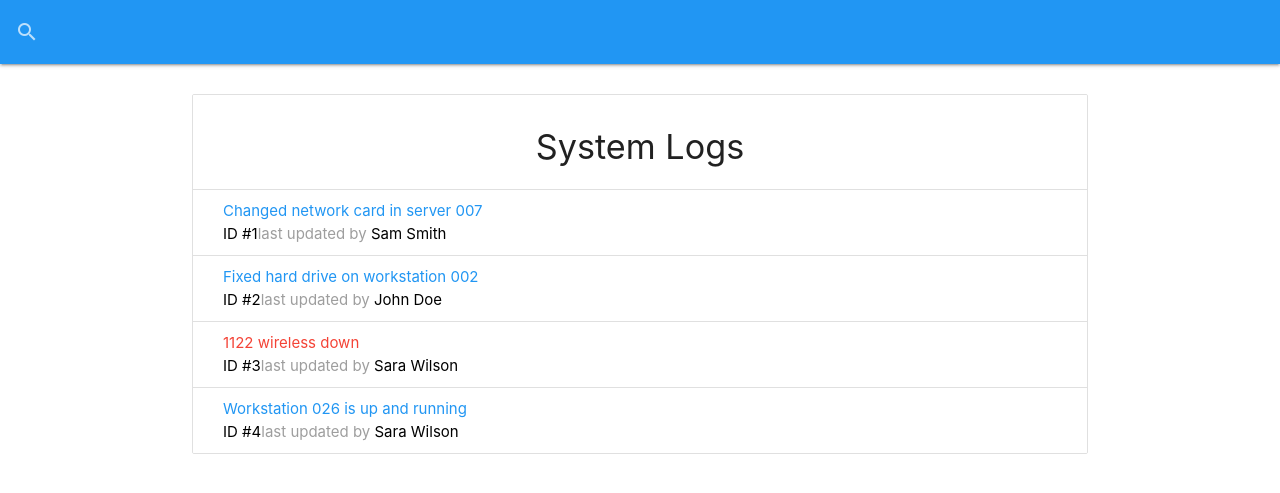
Repository: faraznisar/It-Logger
Page: /
An editor plug-in stored every save of this project. The page is shown before and after the next save, followed by the edit.
The browser window is 1280 px wide. The pictures show the whole page.
The project was rebuilt for these pictures with package versions that can differ from the ones it lists, and the page was loaded fresh each time. Requests to the local data server were answered from the project's data file. Also part of the build but not shown: src/App.css.

Above is the page before, as saved 2020-08-15 15:52:14.

After the next save:
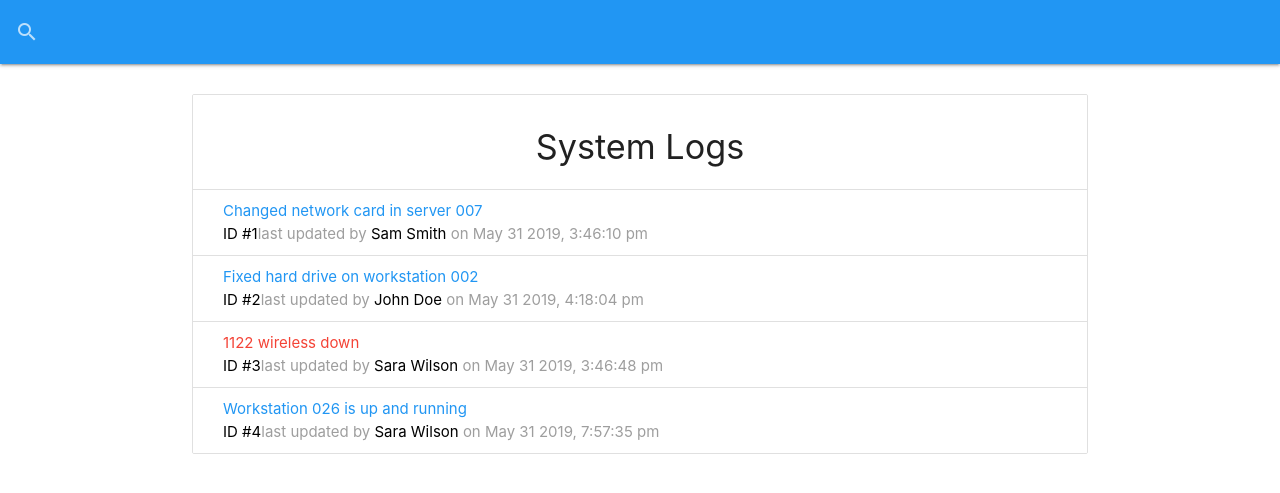
Saved 48 s later.
--- a/src/components/logs/LogItem.js
+++ b/src/components/logs/LogItem.js
@@ -1,6 +1,6 @@
 import React from "react";
 import PropTypes from "prop-types";
-import moment from "react-moment";
+import Moment from "react-moment";
 
 const LogItem = ({ log }) => {
   return (
@@ -17,7 +17,8 @@ const LogItem = ({ log }) => {
         <br />
         <span className="grey-text">
           <span className="black-text">ID #{log.id}</span>
-          last updated by <span className="black-text">{log.tech}</span>
+          last updated by <span className="black-text">{log.tech}</span> on{" "}
+          <Moment format="MMMM DD YYYY, h:mm:ss a">{log.date}</Moment>
         </span>
       </div>
     </li>
